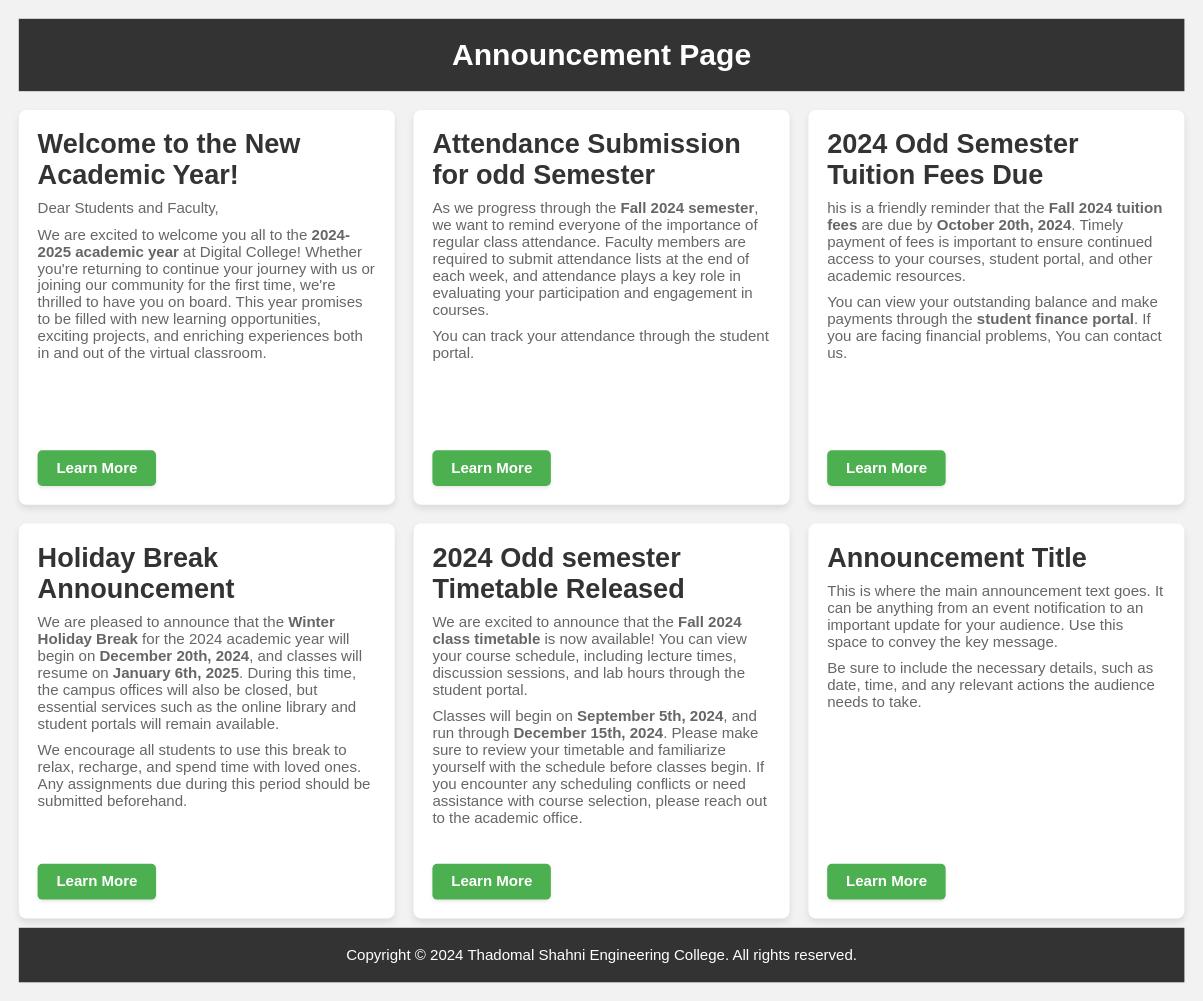
Repository: TejasS1233/MINITHON-hackathon-project
Page: annoucementpage.html
The author's editor kept a copy of each file at every save. The page is drawn from the files as they stood at one save, then again after the next save.
The browser window is 1280 px wide. The pictures show the whole page, at 94% of full size.

Above is the page before, as saved 2024-09-20 10:53:10.

### annoucementpage.html
<!DOCTYPE html>
<html lang="en">
<head>
    <meta charset="UTF-8">
    <meta name="viewport" content="width=device-width, initial-scale=1.0">
    <meta http-equiv="X-UA-Compatible" content="ie=edge">
    <title>Announcement Page</title>
    <link rel="stylesheet" href="styles.css">
</head>
<body>

    <div class = "announcement-heading">
        <h1>Announcement Page</h1>
    </div>

    <div class="announcement-grid">
    <div class="announcement">
        <h2>Welcome to the New Academic Year!</h2>
        <p>
            Dear Students and Faculty,
        </p>
        <p>
            We are excited to welcome you all to the <strong>2024-2025 academic year</strong> at Digital College!
        Whether you're returning to continue your journey with us or joining our community for the first time,
        we're thrilled to have you on board. This year promises to be filled with new learning opportunities,
        exciting projects, and enriching experiences both in and out of the virtual classroom.
        </p>
        <a href="Welcome-Note.pdf" target="_blank" class="cta-button">Learn More</a>
    </div>
    <div class="announcement">
        <h2>Attendance Submission for odd Semester</h2>
        <p>
            As we progress through the <strong>Fall 2024 semester</strong>, we want to remind everyone of the importance of
            regular class attendance. Faculty members are required to submit attendance lists at the end of each week,
            and attendance plays a key role in evaluating your participation and engagement in courses.
        </p>
        <p>
            You can track your attendance through the student portal.
        </p>
        <a href="FE-2024-25-ATTENDACE-LIST-1.pdf" target="_blank" class="cta-button">Learn More</a>
    </div>
    <div class="announcement">
        <h2>2024 Odd Semester Tuition Fees Due</h2>
        <p>
            his is a friendly reminder that the <strong>Fall 2024 tuition fees</strong> are due by <strong>October 20th, 2024</strong>.
            Timely payment of fees is important to ensure continued access to your courses, student portal, and other academic resources.
        </p>
        <p>
            You can view your outstanding balance and make payments through the <strong>student finance portal</strong>. If you are facing financial problems, You can contact us.
        </p>
        <a href="TSEC-FEES-2024-25.pdf" target="_blank" class="cta-button">Learn More</a>
    </div>
    <div class="announcement">
        <h2>Holiday Break Announcement</h2>
        <p>
            We are pleased to announce that the <strong>Winter Holiday Break</strong> for the 2024 academic year
        will begin on <strong>December 20th, 2024</strong>, and classes will resume on <strong>January 6th, 2025</strong>.
        During this time, the campus offices will also be closed, but essential services such as the online library
        and student portals will remain available.
        </p>
        <p>
            We encourage all students to use this break to relax, recharge, and spend time with loved ones.
        Any assignments due during this period should be submitted beforehand.
        </p>
        <a href="Public_Holidays_2024.pdf" target="_blank" class="cta-button">Learn More</a>
    </div>
    <div class="announcement">
        <h2>2024 Odd semester Timetable Released</h2>
        <p>
            We are excited to announce that the <strong>Fall 2024 class timetable</strong> is now available! You can view your
            course schedule, including lecture times, discussion sessions, and lab hours through the student portal.
        </p>
        <p>
            Classes will begin on <strong>September 5th, 2024</strong>, and run through <strong>December 15th, 2024</strong>.
        Please make sure to review your timetable and familiarize yourself with the schedule before classes begin.  If you encounter any scheduling conflicts or need assistance with course selection, please reach out to the academic office.
        </p>
        <a href="Sem1-TT.pdf" target="_blank"  class="cta-button">Learn More</a>
    </div>
    <div class="announcement">
        <h2>Announcement Title</h2>
        <p>
            This is where the main announcement text goes. It can be anything from an event notification to
            an important update for your audience. Use this space to convey the key message.
        </p>
        <p>
            Be sure to include the necessary details, such as date, time, and any relevant actions the
            audience needs to take.
        </p>
        <a href="#" class="cta-button">Learn More</a>
    </div>
</div>

    <footer>
        <p> Copyright &copy; 2024 Thadomal Shahni Engineering College. All rights reserved.</p>
    </footer>
</body>
</html>

### styles.css
/* Global Reset */
* {
    margin: 0;
    padding: 0;
    box-sizing: border-box;
}

/* Body Styling */
body {
    font-family: 'Arial', sans-serif;
    background-color: #f2f2f2; /* Light gray background */
    color: #333;
    padding: 20px;
}

/* Announcement Heading */
.announcement-heading {
    background-color: #333; /* Dark gray background for heading */
    color: #fff; /* White text color */
    padding: 20px 0;
    text-align: center;
    margin-bottom: 20px;
}

/* Announcement Grid */
.announcement-grid {
    display: grid;
    grid-template-columns: repeat(auto-fit, minmax(350px, 1fr));
    gap: 20px;
    margin-bottom: 10px;
}

/* Individual Announcement */
.announcement {
    background-color: #fff; /* White background for announcements */
    padding: 20px;
    border-radius: 8px; /* Rounded corners */
    box-shadow: 0 4px 8px rgba(0, 0, 0, 0.1); /* Subtle box shadow */
    height: 420px;
    position: relative;
}

.announcement h2 {
    font-size: 1.8em;
    margin-bottom: 10px;
    color: #333; /* Dark text color */
}

.announcement p {
    font-size: 1em;
    margin-bottom: 10px;
    color: #666; /* Slightly darker gray text color */
}

.cta-button {
    display: inline-block;
    background-color: #4CAF50; /* Green button */
    color: #fff; /* White text color */
    padding: 10px 20px;
    text-decoration: none;
    border-radius: 5px;
    margin-top: 10px;
    font-weight: bold;
    transition: background-color 0.3s ease;
    box-shadow: 0 2px 4px rgba(0, 0, 0, 0.1);
    position: absolute;
    bottom: 20px;
    overflow: hidden;
    text-align: center;
}

.cta-button:hover {
    background-color: #45a049;
    cursor: pointer;
}

/* Footer Styling */
footer {
    text-align: center;
    padding: 20px 0;
    background-color: #333;
    color: #fff;
    position: relative;
    width: 100%;
}

After the next save:
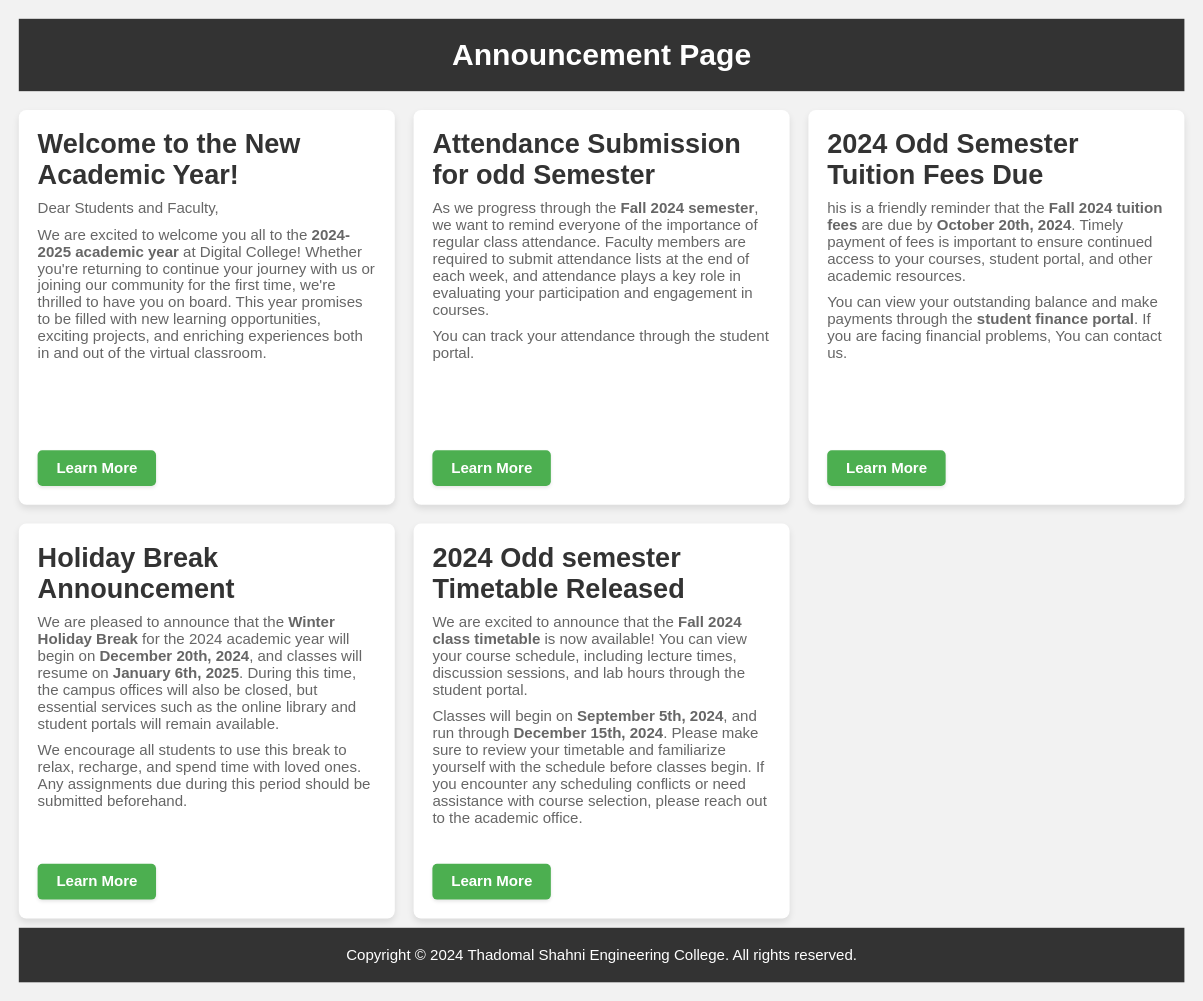
Saved 1 s later.
--- a/annoucementpage.html
+++ b/annoucementpage.html
@@ -76,7 +76,7 @@
         </p>
         <a href="Sem1-TT.pdf" target="_blank"  class="cta-button">Learn More</a>
     </div>
-    <div class="announcement">
+    <!-- <div class="announcement">
         <h2>Announcement Title</h2>
         <p>
             This is where the main announcement text goes. It can be anything from an event notification to
@@ -87,7 +87,7 @@
             audience needs to take.
         </p>
         <a href="#" class="cta-button">Learn More</a>
-    </div>
+    </div> -->
 </div>
 
     <footer>
